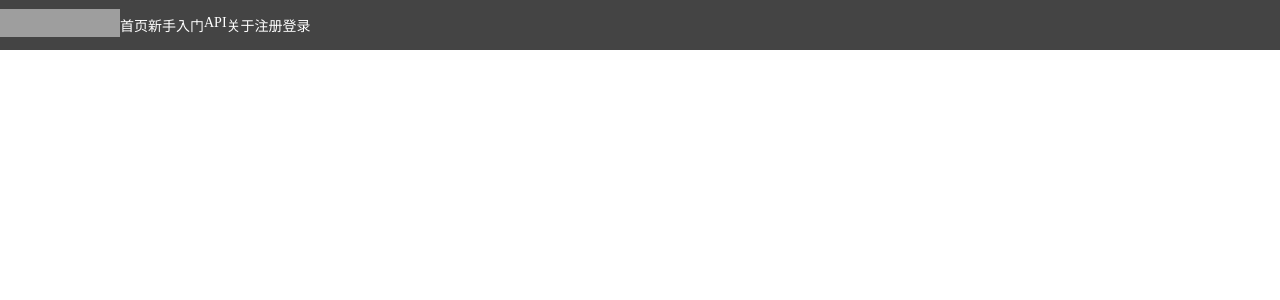
Repository: wujingwenwu/cnode
Page: /
The author's editor kept a copy of each file at every save. The page is drawn from the files as they stood at one save, then again after the next save.
The browser window is 1280 px wide. The pictures show the whole page.
Pictures or frames that could not be fetched are drawn as grey boxes. The project was rebuilt for these pictures with package versions that can differ from the ones it lists, and the page was loaded fresh each time.

Above is the page before, as saved 2020-06-05 13:03:22.

### src/App.vue
<template>
  <div id="app">

    <router-view/>
  </div>
</template>

<style lang="scss">
@import '../src/style/changyong.css/changyong';
*{
  margin: 0;
  padding: 0;
}
</style>

### src/router/index.js
import Vue from 'vue'
import VueRouter from 'vue-router'
import Home from '../views/Home.vue'

Vue.use(VueRouter)

  const routes = [
  {
    path: '/',
    name: 'Home',
    component: Home
  },
  {
    path: '/sigon',
    name: 'sigon',

    component: () => import('../views/sigon/Sigon')
  },
  {
    path: '/about',
    name: 'About',

    component: () => import('../views/About.vue')
  }
]

const router = new VueRouter({
  mode: 'history',
  base: process.env.BASE_URL,
  routes
})

export default router

### src/style/changyong.css/changyong.scss
.d-f{
    display: flex;
    /* 弹性盒模型 */
}
.f-s-12{
    font-size: 12px;
    /* 字体大小为12px */
}
.f-s-14{
    font-size: 14px;
    /* 字体大小为14px */
}
.f-s-16{
    font-size: 16px;
    /* 字体大小为16px */
}
.f-w{
    font-weight: 700;
    /*字体 加粗 */
}
.f-c-ho{
    color: #f00;
    /* 红色 */
}
.f-c-hu{
    color: #ccc;
    /* 灰色 */
}
.f-c-b{
    color: #ffffff;
    /* 白色 */
}
.f-c-he{
    color: #000;
    /* 黑色 */
}
.t-a-l{
    text-align: left;
    /* 文本左对齐 */
}
.t-a-c{
    text-align: center;
    /* 文本居中 */
}
.t-a-r{
    text-align: right;
    /* 文本右对齐 */
}
.t-d-u{
    text-decoration: underline;
    /* 装饰在文本底部 */
}
.t-d-o{
    text-decoration: overline;
    /* 装饰在顶部 */
}
.t-d-l-t{
    text-decoration: line-through;
    /* 装饰在文本中间 */
}
.d-i{
    display: inline;
    /* 块级元素装换成行内元素 */
}
.d-i-b{
    display: inline-block;
    /* 块级元素装换成行内块元素 */
}
.d-b{
    display: block;
    /* 行内和行内块元素装换成块级元素 */
}
.d-n{
    display: none;
    /* 隐藏元素 */
}
.p-r{
    position: relative;
    /* 相对定位 */
}
.p-a{
    position: absolute;
    /* 绝对定位 */
}
.p-f{
    position: fixed;
    /* 固定定位 */
}
.b-r-50{
    border-radius: 50%;
    /* 圆角为50% */
}
.j-c-s-a{
    justify-content: space-around;
   /* 两边的子元素距离父元素的两边有间距，然后中间距离自动等分 */
}
.j-c-s-b{
    justify-content: space-between;
    /* 两边的子元素距离父元素没有间距，然后中间距离自动等分 */

}
.j-c-c{
    justify-content: center;
     /* 所有的子元素相当于父元素水平居中 */
}
.a-i-c{
    align-items: center;
    /* （竖轴排列方式）子元素相当于父元素垂直方向居中 */
}
.f-d-c{
    flex-direction: column;
    /* 弹性盒模型的竖项排列方式 */
}
*{
  margin: 0;
  padding: 0;
  /* 清除游览器的痕迹 */
}
.conter{
    display: flex;
    justify-content: center;
    /* 弹性盒模型，所有的文本在页面的中间 */
}
.warp{
   width: 1280px;
   /* 宽度为1280px，基本上不会超过1400px */
}
.o-h{
    overflow: hidden;
    /* 超出部分隐藏 */
}
.w-o-t{
    white-space: nowrap;
    overflow: hidden;
    text-overflow: ellipsis;
    /* 超出部分隐藏（只限字体） */
}
.d-n{
    display: none;
    /* 不占位置 */
}
.v-h{
    visibility: hidden;
    /* 占位置 */
}
.f-w-w{
    flex-wrap: wrap;
    /* 换行 */
}
.w-s-n{
    white-space: nowrap;
    /* 内容不换行 */
}
.m-t-20{
    margin-top: 20px;
    /* 向下20 */
}
.m-l-20{
    margin-left: 20px;

}
.m-t-10{
    margin-top: 10px;
}
.m-l-10{
    margin-left: 10px;
}
.b-c-hong{
    background-color: red;
}
.b-c-hei{
    background-color: black;
}
.b-c-bai{
    background-color: #ffffff;
}
.b-c-hui{
    background-color: #ccc;
}
.b-1-s-hong{
    border: 1px solid red;
}
.b-1-d-hong{
    border: 1px dashed red;
}
.b-1-s-bai{
    border: 1px solid #ffffff;
}
.b-1-d-bai{
    border: 1px dashed #ffffff;
}
.b-1-s-hei{
    border: 1px solid black;
}
.b-1-d-hei{
    border: 1px dashed black;
}
.b-1-s-hui{
    border: 1px solid #ccc;
}
.b-1-d-hui{
    border: 1px dashed #ccc;
}
.b-l-n{
    border-left: none;
    /* 左边框隐藏 */
}
.b-t-n{
    border-top: none;
}
.b-r-n{
    border-right: none;
}
.b-b-n{
    border-bottom: none;
}
.m-t-15{
    margin-top: 15px;
}
.m-t-30{
    margin-top: 30px;
}
.m-t-5{
    margin-top: 5px;
}
.b-none{
    border: none;
}
.f-s-18{
    font-size: 18px;
}
.m-l--10{
    margin-left: -10px;
}
.m-l-40{
    margin-left: 40px;
}
.o-n{
    outline: none;
    /* 隐藏边框 */
}

### src/views/Home.vue
<template>
 <div>

    <Nav></Nav>
 </div>
</template>

<script>
import Nav from '../components/home/Nav'
 export default {
   name:'',
   props:{

    },
   data () {
     return {

   }
   },
   components: {
      Nav
   },
   methods: {

   },
   mounted() {

   },
   watch: {

   },
   computed: {

   }
 }
</script>

<style scoped lang='scss'>

</style>

### src/components/home/Nav.vue
<template>
 <div>
    <div class="nav d-f a-i-c">
    <div>
       <img src="./YLAN27~L}0AN1NHKPUD2{)W.png" alt="" width="120px" height="28px">
    </div>
    <div class="d-f">
    <div class=" f-c-b f-s-14">首页</div>
    <div class=" f-c-b f-s-14">新手入门</div>
    <div class=" f-c-b f-s-14">API</div>
    <div class=" f-c-b f-s-14">关于</div>
    <div class=" f-c-b f-s-14">注册</div>
    <div class=" f-c-b f-s-14">登录</div>
    </div>
    </div>
 </div>
</template>

<script>
import axios from 'axios'
 export default {
   name:'',
   props:{

    },
   data () {
     return {

   }
   },
   components: {

   },
   methods: {

   },
   mounted() {

   },
   watch: {

   },
   computed: {

   }
 }
</script>

<style scoped lang='scss'>
.nav{
  width: 100%;
  height: 50px;
  background: rgb(68, 68, 68);
}
</style>

Loaded but not shown: public/index.html (common file); src/main.js (common file); src/store/index.js (common file)

After the next save:
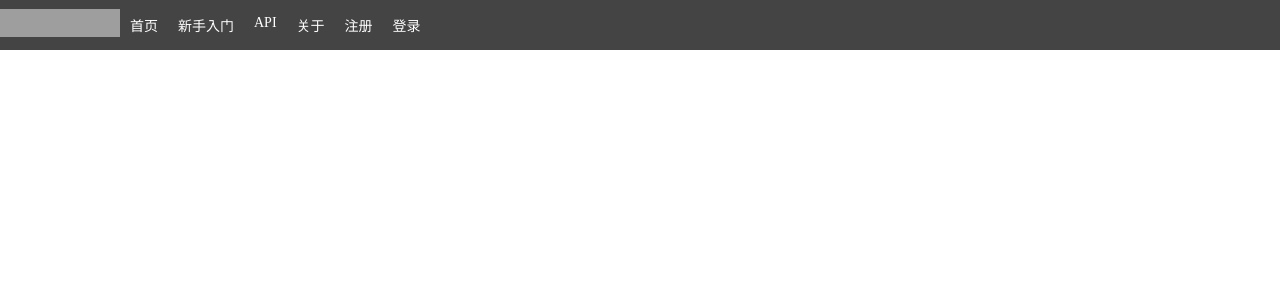
Saved 51 s later.
--- a/src/components/home/Nav.vue
+++ b/src/components/home/Nav.vue
@@ -5,12 +5,12 @@
        <img src="./YLAN27~L}0AN1NHKPUD2{)W.png" alt="" width="120px" height="28px">
     </div>
     <div class="d-f">
-    <div class=" f-c-b f-s-14">首页</div>
-    <div class=" f-c-b f-s-14">新手入门</div>
-    <div class=" f-c-b f-s-14">API</div>
-    <div class=" f-c-b f-s-14">关于</div>
-    <div class=" f-c-b f-s-14">注册</div>
-    <div class=" f-c-b f-s-14">登录</div>
+    <div class=" f-c-b f-s-14 item">首页</div>
+    <div class=" f-c-b f-s-14 item">新手入门</div>
+    <div class=" f-c-b f-s-14 item">API</div>
+    <div class=" f-c-b f-s-14 item">关于</div>
+    <div class=" f-c-b f-s-14 item">注册</div>
+    <div class=" f-c-b f-s-14 item">登录</div>
     </div>
     </div>
  </div>
@@ -52,4 +52,7 @@ import axios from 'axios'
   height: 50px;
   background: rgb(68, 68, 68);
 }
+.item{
+  padding: 0 10px;
+}
 </style>
